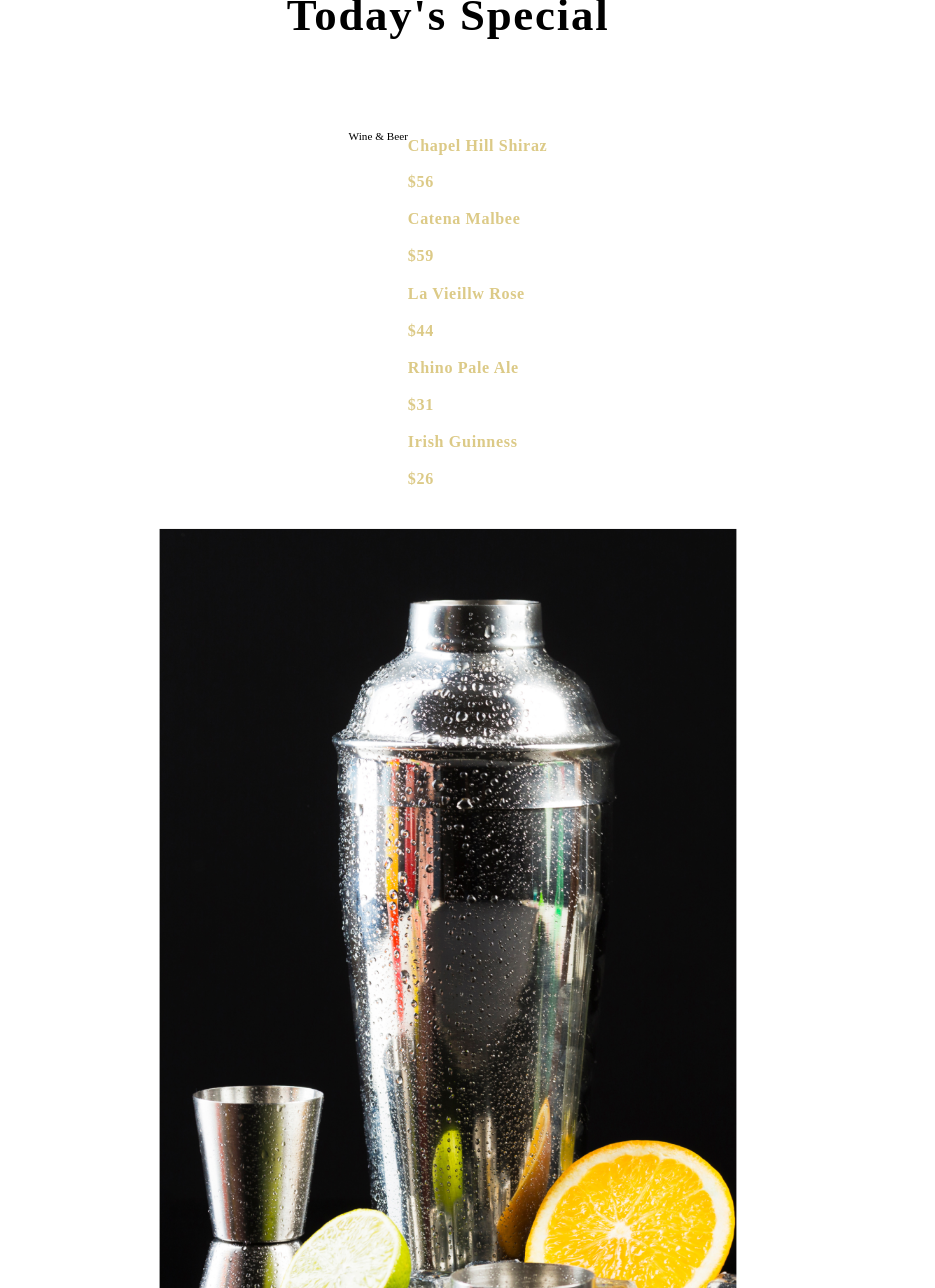
Repository: remydev47/restaurant
Page: /
An editor plug-in stored every save of this project. The page is shown before and after the next save, followed by the edit.
The browser window is 1280 px wide. The page is 1336 px wide, so the pictures cover 1336 px, including what lies to the right of the window. The pictures show the part of the page from y = 2609 to 4449 px (the page is 5483 px tall), at 70% of full size.
Backgrounds fixed to the window are drawn as part of the page. The project was rebuilt for these pictures with package versions that can differ from the ones it lists, and the page was loaded fresh each time. Also part of the build but not shown: src/container/Chef/Chef.css, src/components/Footer/Newsletter.jsx, src/components/Footer/FooterOverlay.jsx, src/components/Menuitem/MenuItem.css. Imported but missing from the stored project, and not drawn on this page: src/assets/meal.mp4.

Above is the page before, as saved 2022-03-16 08:03:31.

After the next save:
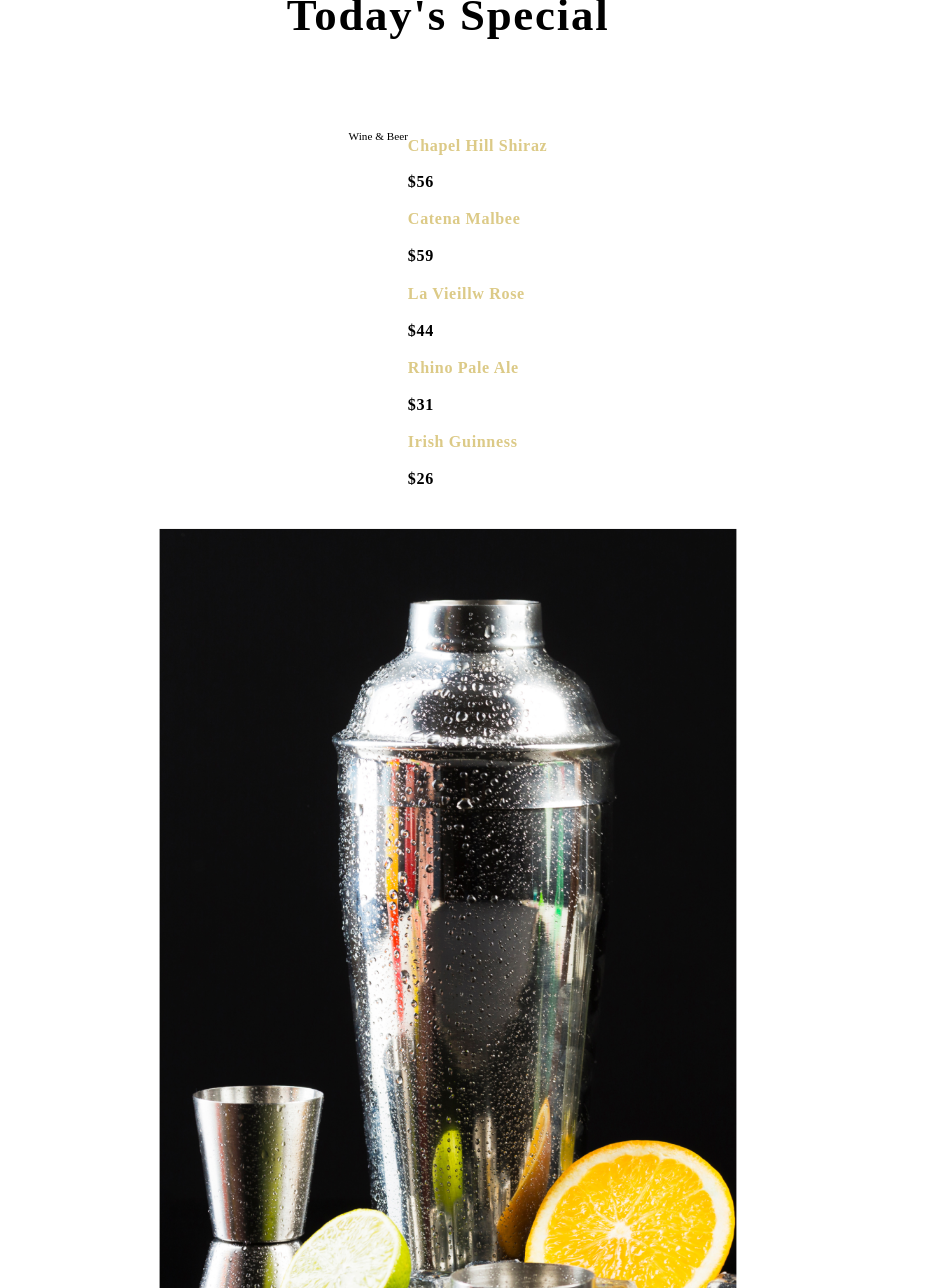
Saved 33 s later.
--- a/src/components/Menuitem/MenuItem.jsx
+++ b/src/components/Menuitem/MenuItem.jsx
@@ -10,7 +10,7 @@ const MenuItem = ({ title, price, tags }) => (
       </div>
 
       <div className="app__menuitem-price">
-        <p className="p__cormorant" style={{ color: '#DCCA87'}}>{price}</p>
+        <p className="p__cormorant">{price}</p>
       </div>
     </div>
   </div>
